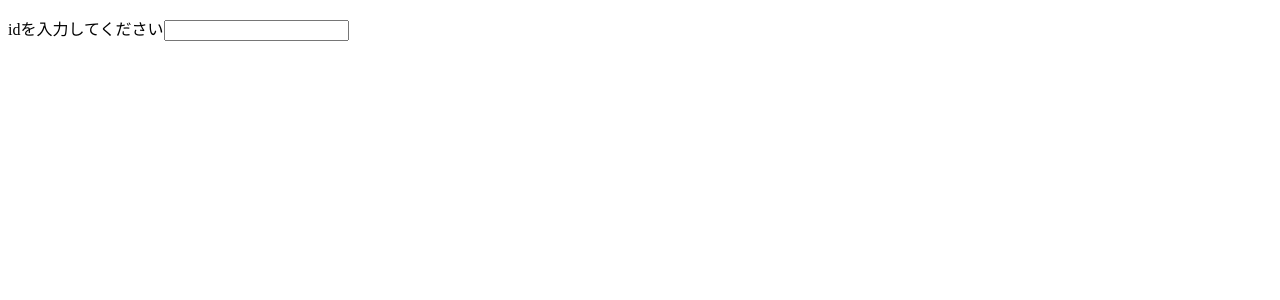
Repository: khlee12/JSP-tutorial
Page: http://localhost/WebApp-01/BeansSample/userRequest.jsp
These files come from the project's save history. The page is drawn as it stood at one moment and after the next save; the edit follows.
The browser window is 1280 px wide. The pictures show the whole page.
The page is served by Tomcat 9. Other server files are loaded and not shown.

Above is the page before, as saved 2017-05-05 04:40:15.

### WebApp-01/WebContent/BeansSample/userRequest.jsp
<%@ page language="java" contentType="text/html; charset=UTF-8"
    pageEncoding="UTF-8"%>
<!DOCTYPE html PUBLIC "-//W3C//DTD HTML 4.01 Transitional//EN" "http://www.w3.org/TR/html4/loose.dtd">
<html>
<head>
<meta http-equiv="Content-Type" content="text/html; charset=UTF-8">
<title>Insert title here</title>
</head>
<body>
	<form method="post">
		<p>idを入力してください<input type="text" name="id"></p>

	</form>

</body>
</html>

After the next save:
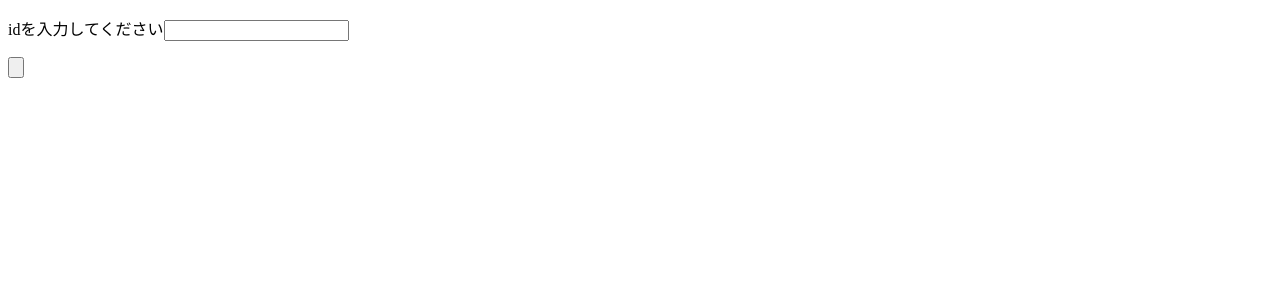
Saved 14 s later.
--- a/WebApp-01/WebContent/BeansSample/userRequest.jsp
+++ b/WebApp-01/WebContent/BeansSample/userRequest.jsp
@@ -9,7 +9,7 @@
 <body>
 	<form method="post">
 		<p>idを入力してください<input type="text" name="id"></p>
-
+		<input type="submit" value=""
 	</form>
 
 </body>
